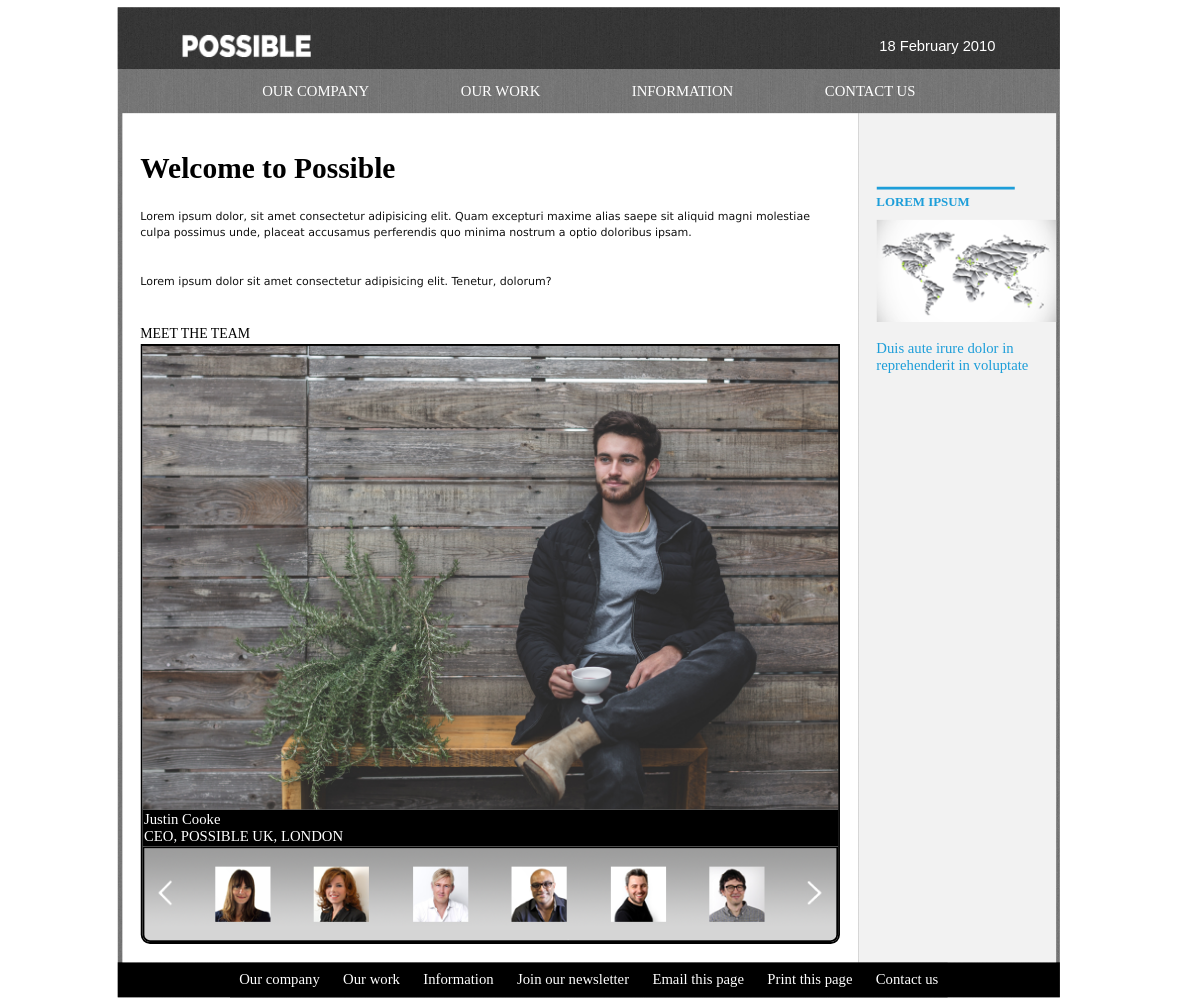
Repository: grzegorzgebala/possible-site
Page: index.html
An editor plug-in stored every save of this project. The page is shown before and after the next save, followed by the edit.
The browser window is 1280 px wide. The pictures show the whole page, at 92% of full size.
The style sheet was rebuilt from its Sass, Less or Tailwind sources for each picture, by a compiler version that may differ from the author's.

Above is the page before, as saved 2020-02-16 01:10:56.

After the next save:
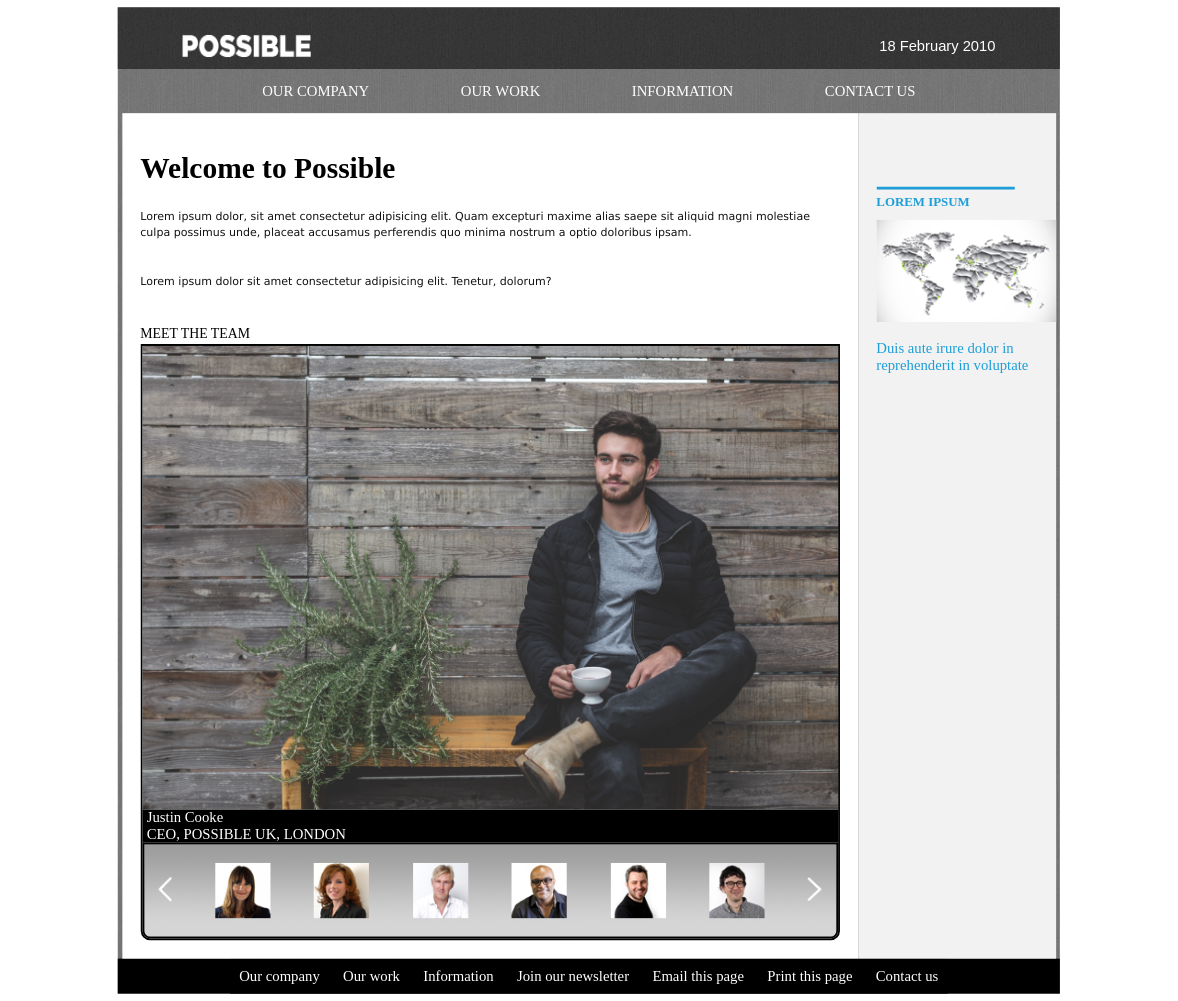
Saved 17 s later.
--- a/sass/style.scss
+++ b/sass/style.scss
@@ -92,7 +92,7 @@ header {
 
         .descriptor {
             background-color: black;
-            padding: 2px;
+            padding-left: 5px;
 
             div {
                 color: white;
